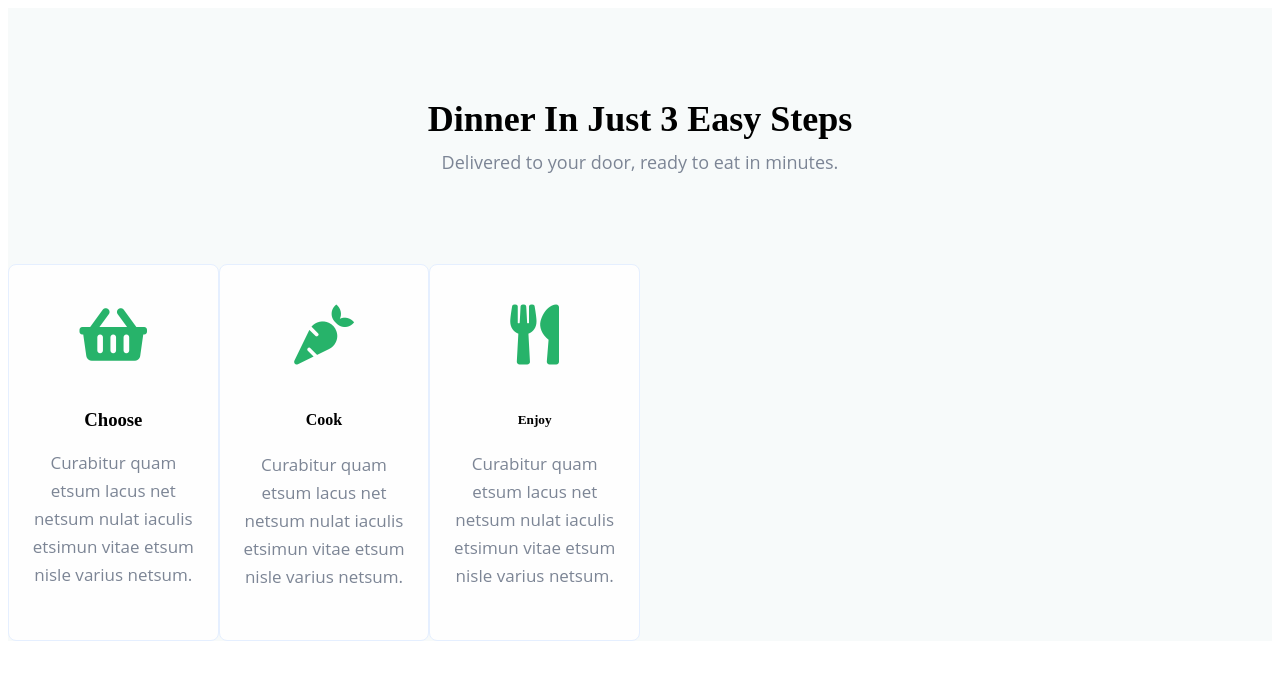
Repository: ST-United-Internship/leadpage
Page: wrapper-UI.html
An editor plug-in stored every save of this project. The page is shown before and after the next save, followed by the edit.
The browser window is 1280 px wide. The pictures show the whole page.

Above is the page before, as saved 2023-03-15 13:55:47.

### wrapper-UI.html
<!DOCTYPE html>
<html lang="en">
<head>
    <meta charset="UTF-8">
    <meta http-equiv="X-UA-Compatible" content="IE=edge">
    <meta name="viewport" content="width=device-width, initial-scale=1.0">
    <title>Document</title>
    <link rel="stylesheet" href="css/wrapper-UI.css">
    <link rel="stylesheet" href="css/common.css">
    <link rel="stylesheet" href="https://use.fontawesome.com/releases/v5.15.4/css/all.css" integrity="sha384-DyZ88mC6Up2uqS4h/KRgHuoeGwBcD4Ng9SiP4dIRy0EXTlnuz47vAwmeGwVChigm" crossorigin="anonymous"/>
</head>
<body>
    <section>
        <div class="about">
            <div class="title-text">
                <h2>Dinner In Just 3 Easy Steps</h2>
                <p>Delivered to your door, ready to eat in minutes.</p>
            </div>
            <div class="card-container">
                <div class="card-title">
                    <div class="card-wrapper">
                        <i class="fas fa-shopping-basket"></i>
                        <h3>Choose</h3>
                        <p>Curabitur quam etsum lacus net netsum nulat iaculis etsimun vitae etsum nisle varius netsum.</p>
                    </div>
                    <div class="card-wrapper">
                        <i class="fas fa-carrot"></i>
                        <h4>Cook</h4>
                        <p>Curabitur quam etsum lacus net netsum nulat iaculis etsimun vitae etsum nisle varius netsum.</p>
                    </div>
                    <div class="card-wrapper">
                        <i class="fas fa-utensils"></i>
                        <h5>Enjoy</h5>
                        <p>Curabitur quam etsum lacus net netsum nulat iaculis etsimun vitae etsum nisle varius netsum.</p>
                    </div>
                </div>
                <div></div>
                <div></div>
            </div>
        </div>
    </section>
</body>
</html>

### css/wrapper-UI.css
.about{
    background-color: #f7fafa;
}

.about .title-text{
    text-align: center;
    padding: 90px;
}

.about .title-text h2{
    font-size: 36px;
    margin: 0px 0px 10px 0px;
}

.about .title-text p{
    font-size: 18px;
    font-family: 'Open Sans', sans-serif;
    margin: 0;
    font-weight: 400;
    color: #7c8595;
}

/* .about .card-coutainer{
    display: flex;
    background-color: #fefefe;
}


.about .card-coutainer .card-title{
    text-align: center;
    width: 18%;
}
.card-wrapper{
    transition: transform 0.5s linear;
}
.card-wrapper:hover {
  border: 1px solid #27b36a;
  transform: scale(1.05, 1.05);
} */

.about{
    background-color:#f7fafa ;
}

.about .card-container{
    width: 50%;
}
.about .card-container .card-title {
    display: flex;
    justify-content: center;
}

.card-wrapper{
    background-color: #FeFeFe;
    text-align: center;
    transition: transform 0.5s linear;
    padding: 40px 15px 32px 15px;
    transition: all 1s;
    border: 1px solid #e5efff;
    border-radius: 8px 8px;
}

.card-wrapper:hover{
    border: 1px solid #27b36a;
    transform: scale(1.05, 1.05);
}

.about .card-container .card-title .card-wrapper i{
    margin-bottom: 25px;
    font-size: 60px;
    color: #27b36a;
}

.about .card-container .card-title .card-wrapper p{
    font-size: 17px;
    line-height: 28px;
    font-weight: 400;
    color: #7c8595;
    font-family: 'Open Sans', sans-serif;
}

### css/common.css
.container {
  max-width: 80%;
  margin: auto;
  border: 1px solid blue;
}
.card {
  width: 400px;
}
.space-vertical {
  padding: 20px 0;
}

.space-horizontal {
  padding: 0 20px;
}

*,
**,
*::before,
*::after {
  box-sizing: border-box;
}

After the next save:
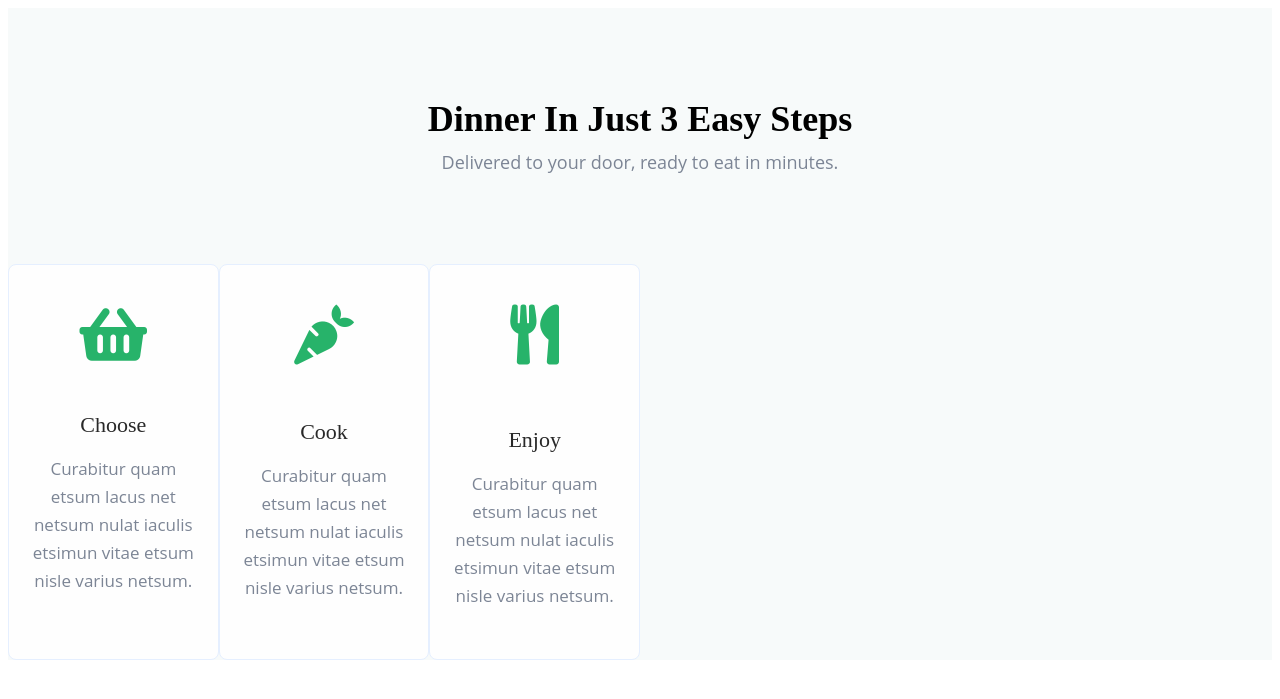
Saved 2 min 3 s later.
--- a/css/wrapper-UI.css
+++ b/css/wrapper-UI.css
@@ -78,3 +78,10 @@
     color: #7c8595;
     font-family: 'Open Sans', sans-serif;
 }
+
+.about .card-container .card-title .card-wrapper h3, h4, h5{
+    font-size: 22px;
+    font-weight: 500;
+    color: #292929;
+    margin-bottom: 15px;
+}
